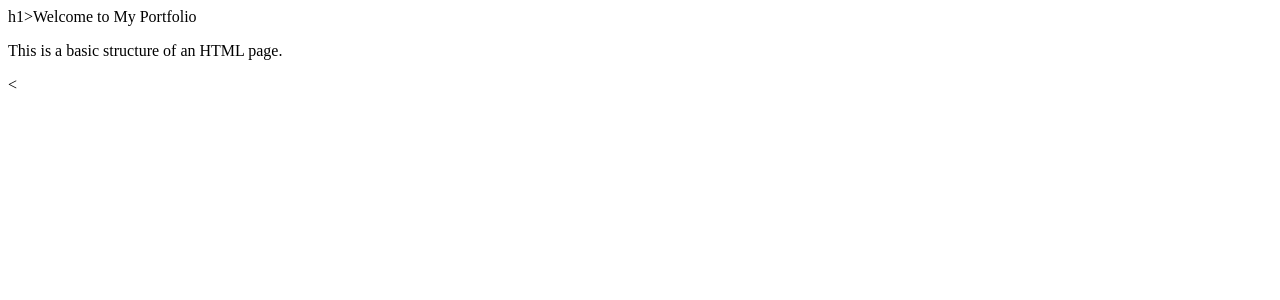
Repository: Patience225/My_First_Portfolio
Page: html_basic/tweets.html
These files come from the project's save history. The page is drawn as it stood at one moment and after a run of saves; the edit follows.
The browser window is 1280 px wide. The pictures show the whole page.

Above is the page before, as saved 2024-12-15 04:15:16.

### html_basic/tweets.html
<!DOCTYPE html>
<html lang="en">
<head>
    <meta charset="UTF-8">
    <meta name="viewport" content="width=device-width, initial-scale=1.0">
    <title>My First Portfolio</title>
</head>
<body>
    h1>Welcome to My Portfolio</h1>
        <p>This is a basic structure of an HTML page.</p>    <
</body>
</html>

After the next 2 saves:
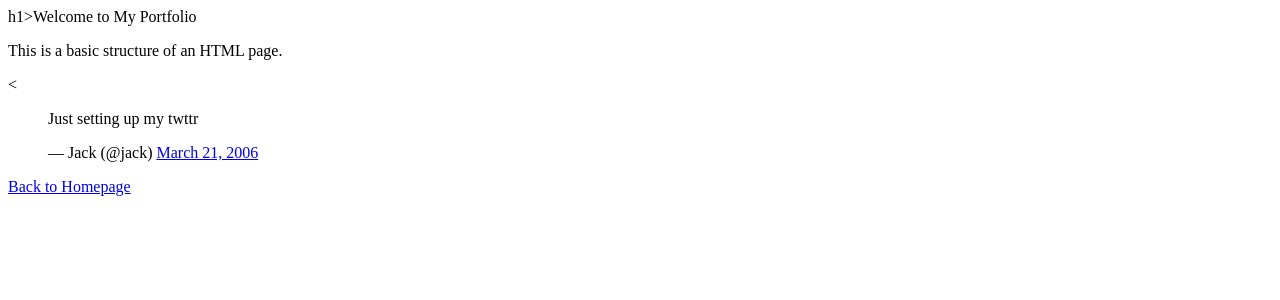
The 2 saves are shown as one change because they came seconds apart.
The last was saved 61 s later.
--- a/html_basic/tweets.html
+++ b/html_basic/tweets.html
@@ -10,3 +10,22 @@
         <p>This is a basic structure of an HTML page.</p>    <
 </body>
 </html>
+
+<!DOCTYPE html>
+<html lang="en">
+<head>
+    <meta charset="UTF-8">
+    <meta name="viewport" content="width=device-width, initial-scale=1.0">
+    <title>My Tweets</title>
+</head>
+<body>
+    <!-- Embed Tweet -->
+    <blockquote class="twitter-tweet">
+        <p lang="en" dir="ltr">Just setting up my twttr</p>&mdash; Jack (@jack)
+        <a href="https://twitter.com/jack/status/20">March 21, 2006</a>
+    </blockquote>
+
+    <!-- Link back to Homepage -->
+    <a href="index.html">Back to Homepage</a>
+</body>
+</html>
